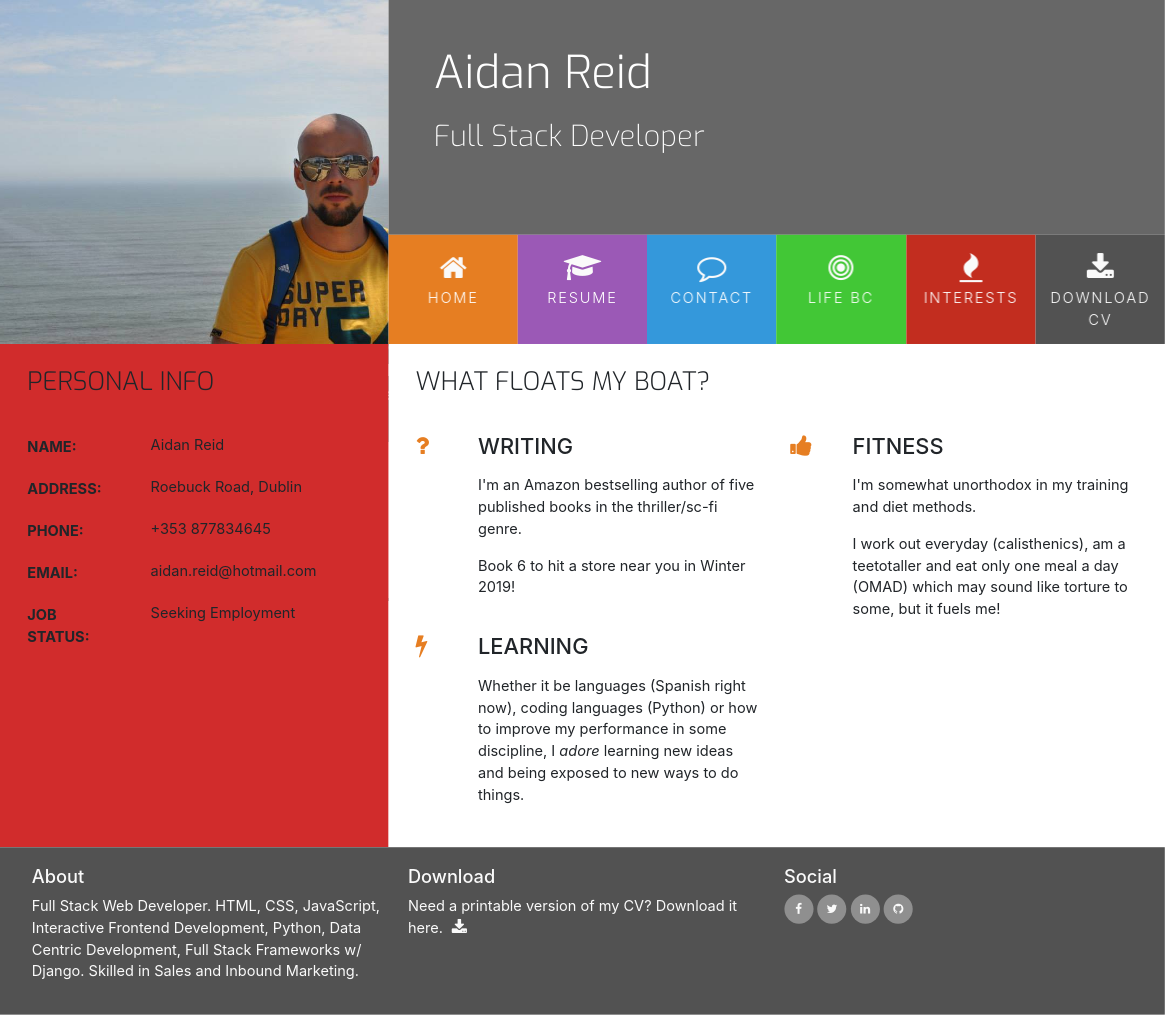
Repository: AidanJReid/Resume
Page: interests.html
The author's editor kept a record of every edit. The page is drawn from the files as they stood at one moment, then again after the next edit.
The browser window is 1280 px wide. The pictures show the whole page, at 91% of full size.

Above is the page before.

After the next edit:
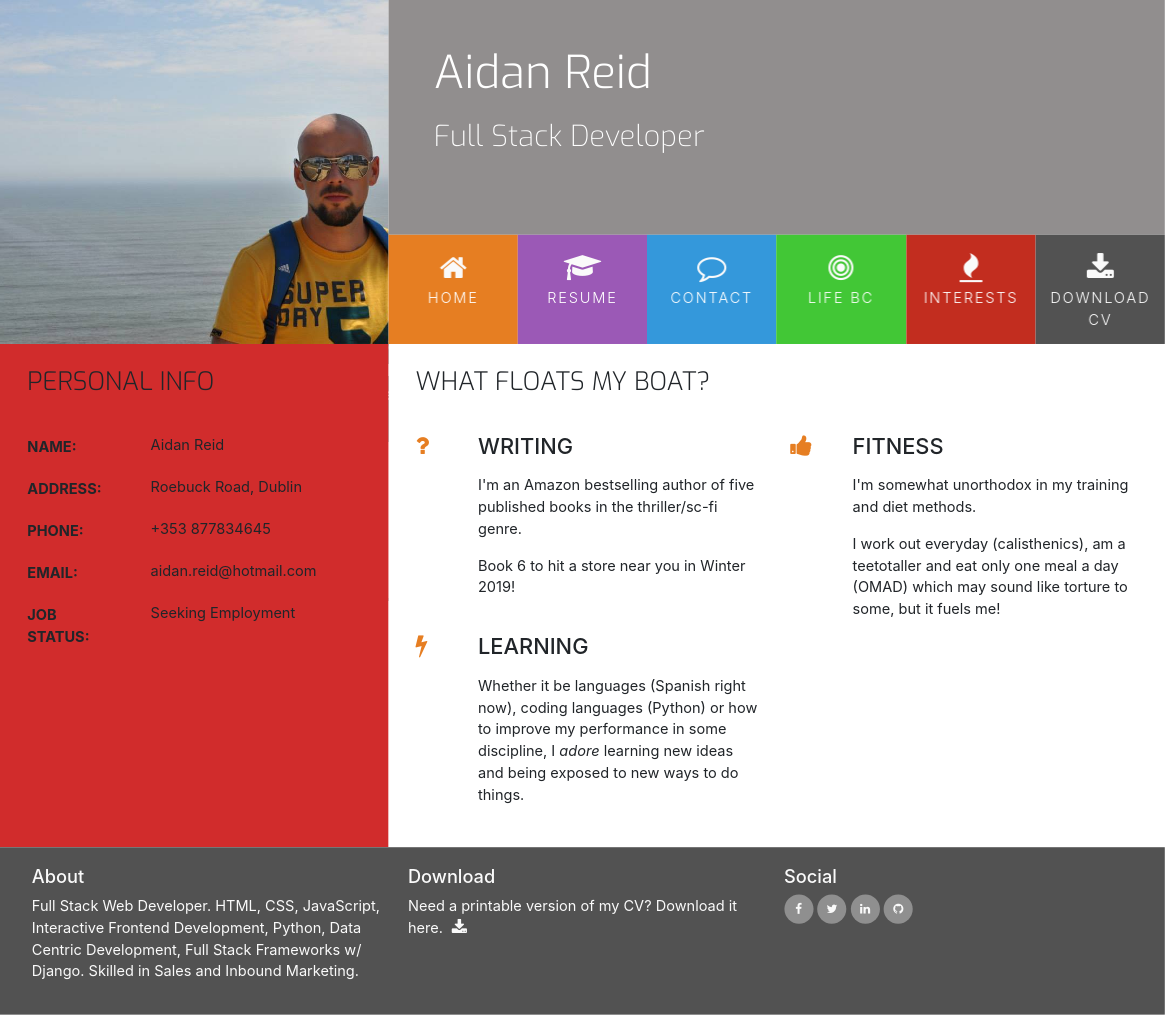
The edit:
--- a/assets/css/style.css
+++ b/assets/css/style.css
@@ -3,7 +3,7 @@
 /* -----------------------------------Colours */
 
 .bg-color-name-title {
-    background-color: #676767;
+    background-color: #918e8e;
 }
 
 .bg-color-three-reasons {
